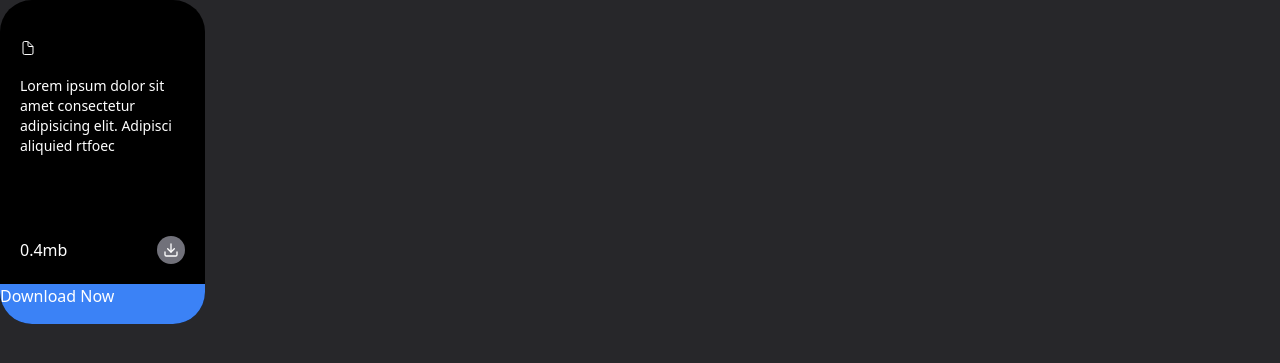
Repository: SharonSebastian32/dragable_cards
Page: /
These files come from the project's save history. The page is drawn as it stood at one moment and after a run of saves; the edit follows.
The browser window is 1280 px wide. The pictures show the whole page.
The project was rebuilt for these pictures with package versions that can differ from the ones it lists, and the page was loaded fresh each time. Also part of the build but not shown: vite.config.js.

Above is the page before, as saved 2024-08-21 10:29:53.

After the next 2 saves:
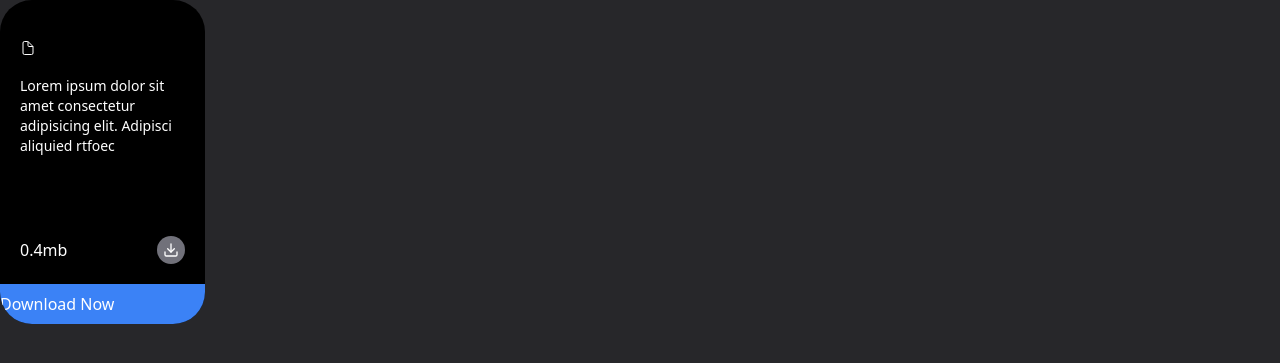
The 2 saves are shown as one change because they came seconds apart.
The last was saved 9 s later.
--- a/src/Components/Card.jsx
+++ b/src/Components/Card.jsx
@@ -16,7 +16,7 @@ const Card = () => {
             <LuDownload />{" "}
           </span>
         </div>{" "}
-        <div className="w-full h-10 bg-blue-500  ">
+        <div className="w-full h-10 bg-blue-500 flex items-center jus ">
           <h2 className=" "> Download Now </h2>
         </div>
       </div>
